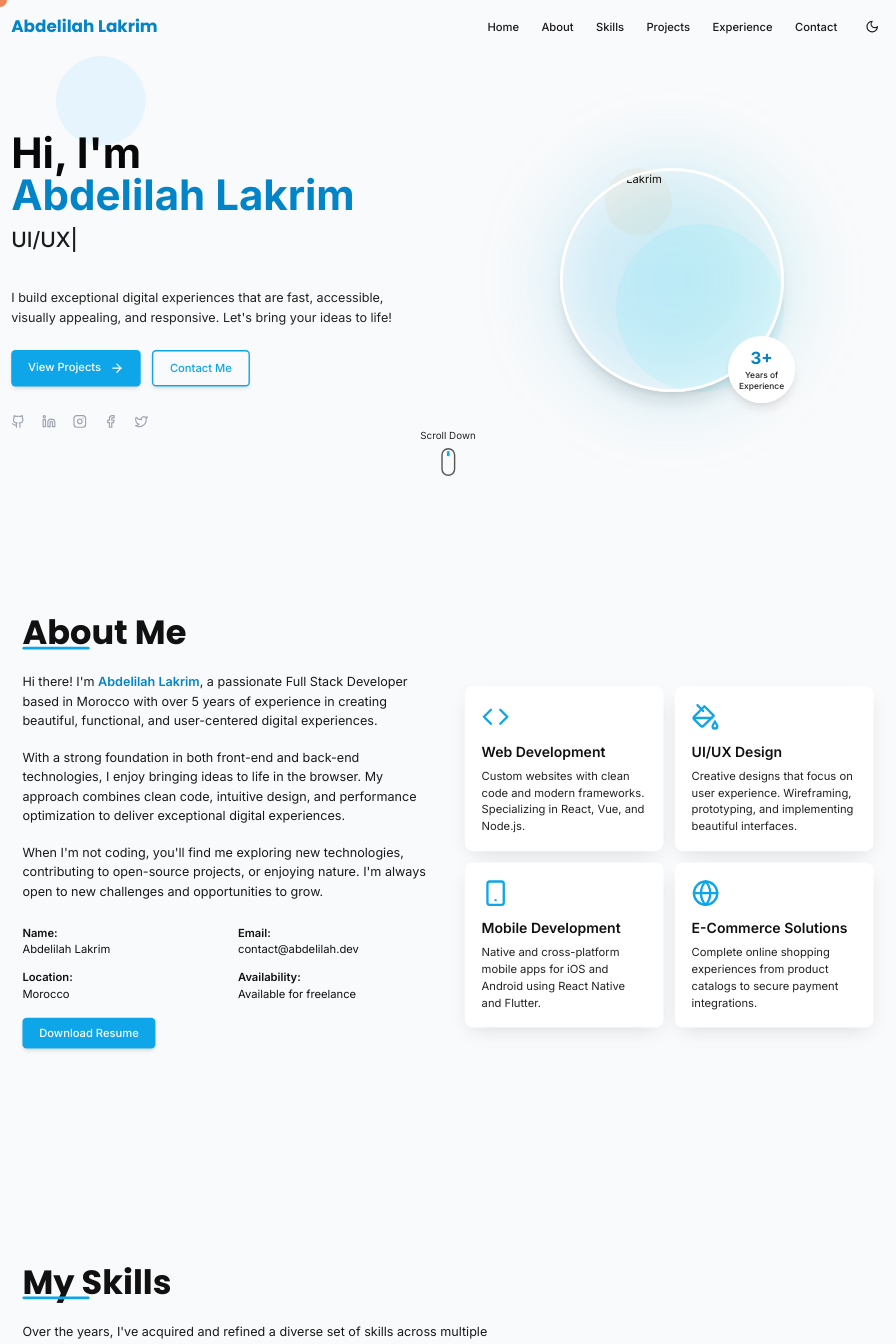
Repository: Abdelilah-Lakrim/Personal_Portfolio
Page: /
These files come from the project's save history. The page is drawn as it stood at one moment and after a run of saves; the edit follows.
The browser window is 1280 px wide. The pictures show the part of the page from y = 0 to 1920 px (the page is 7905 px tall), at 70% of full size.
Pictures or frames that could not be fetched are drawn as grey boxes. The project was rebuilt for these pictures with package versions that can differ from the ones it lists, and the page was loaded fresh each time. Also part of the build but not shown: vite.config.ts.

Above is the page before, as saved 2025-05-21 12:08:01.
Not found: MYPERSONALWEBSITE/assets/images/hero.jpg

After the next 5 saves:
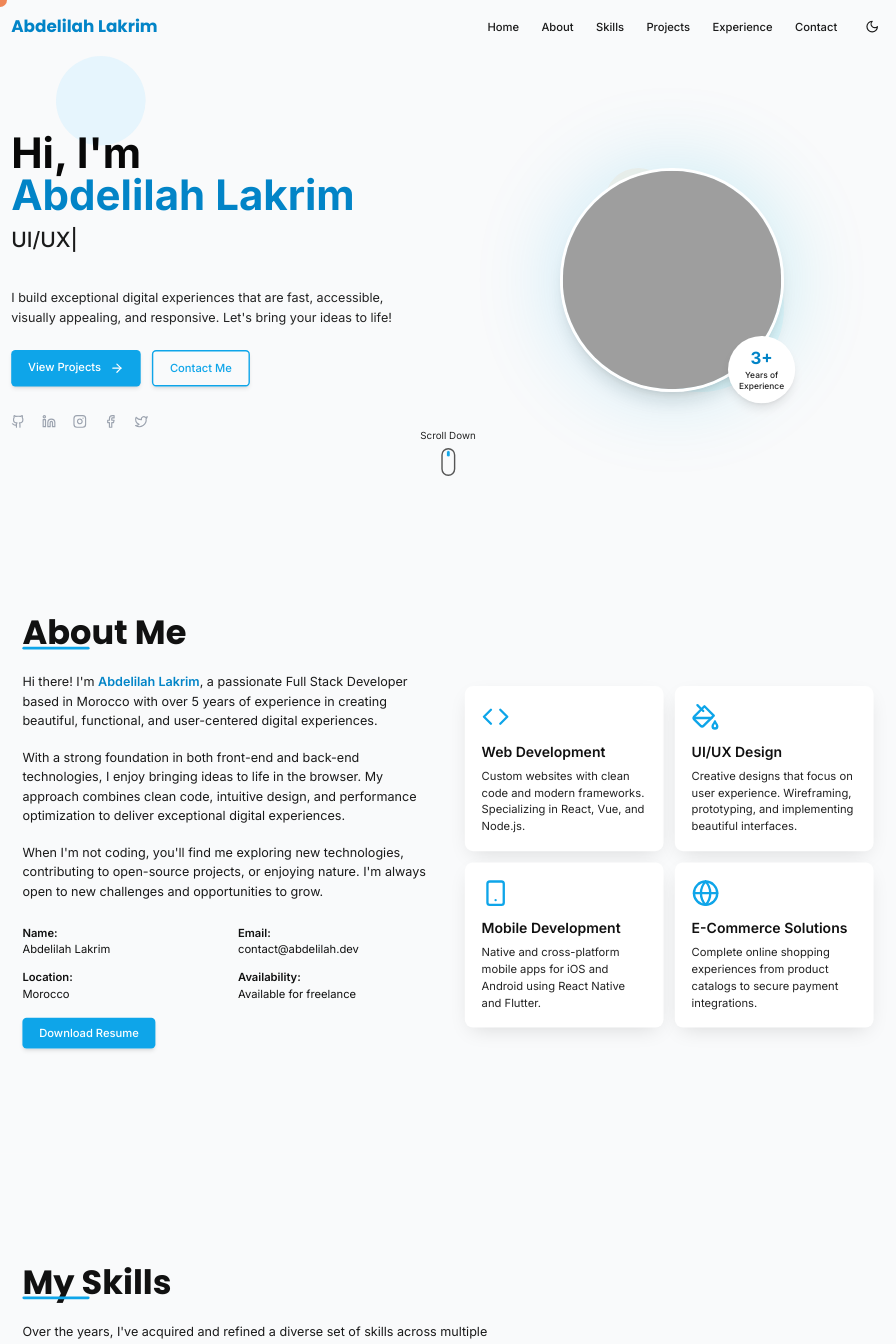
The 5 saves are shown as one change because they came seconds apart.
The last was saved 12 s later.
--- a/src/components/Hero.tsx
+++ b/src/components/Hero.tsx
@@ -153,7 +153,7 @@ const Hero: React.FC = () => {
             <div className="relative">
               <div className="absolute inset-0 bg-gradient-to-r from-primary-500 to-secondary-500 rounded-full blur-3xl opacity-20"></div>
               <img
-                src="MYPERSONALWEBSITE/assets/images/hero.jpg"
+                src="MYPERSONALWEBSITE/image/P"
                 alt="Abdelilah Lakrim"
                 className="relative z-10 w-64 h-64 sm:w-80 sm:h-80 rounded-full object-cover border-4 border-white shadow-xl"
               />
